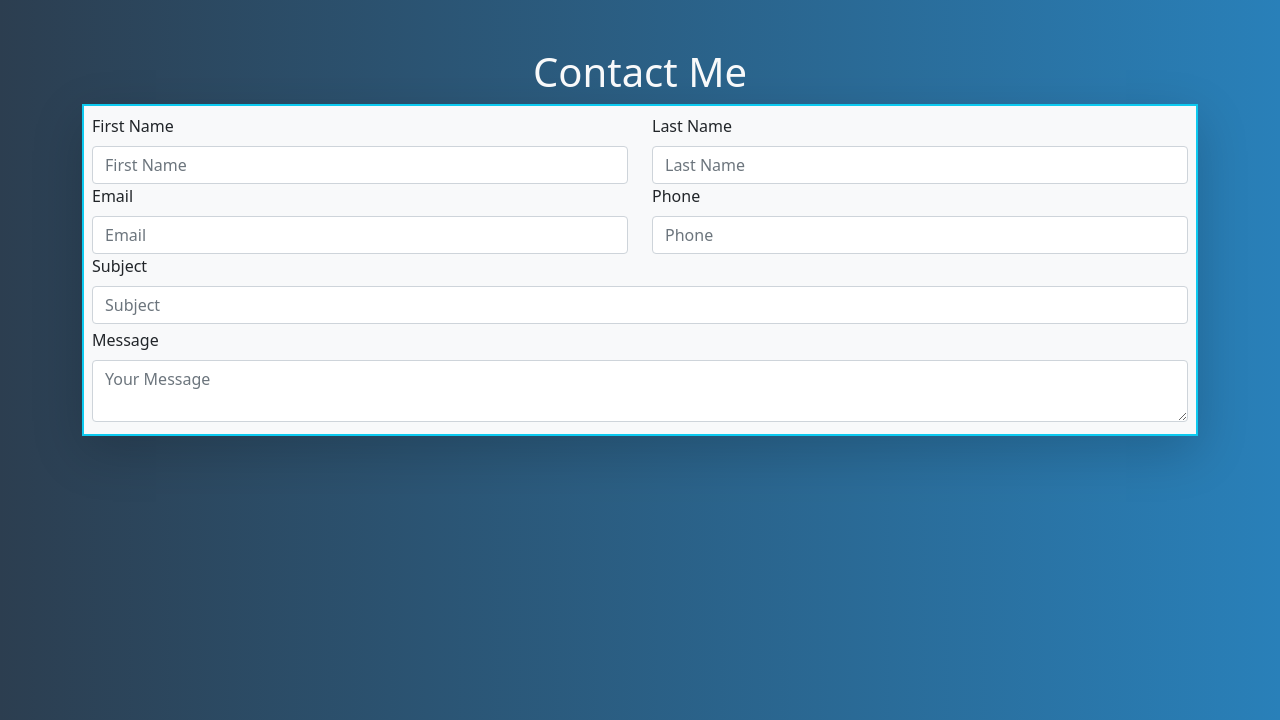
Repository: norman0286/formContactMe
Page: contactForm.html
An editor plug-in stored every save of this project. The page is shown before and after the next save, followed by the edit.
The browser window is 1280 px wide. The pictures show the whole page.

Above is the page before, as saved 2023-04-20 09:14:14.

After the next save:
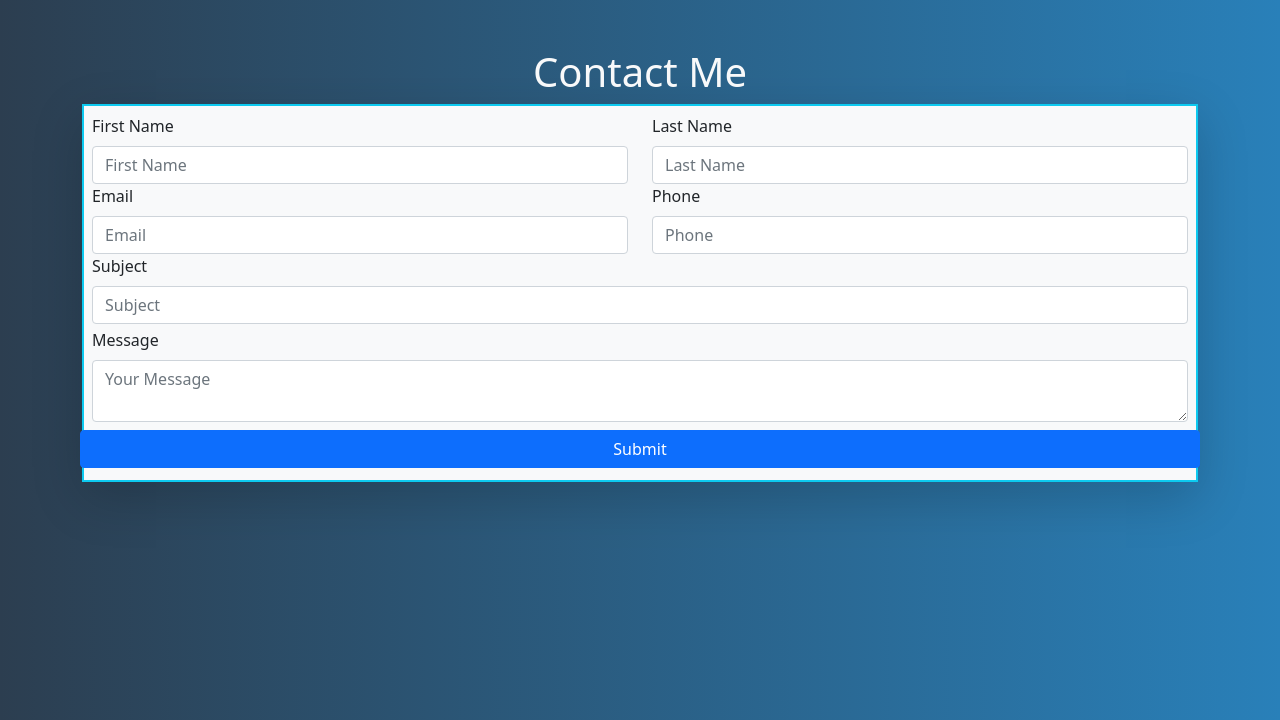
Saved 111 s later.
--- a/contactForm.html
+++ b/contactForm.html
@@ -96,6 +96,7 @@
                 required
               ></textarea>
             </div>
+            <button type="submit" class="btn btn-primary mt-2">Submit</button>
           </div>
         </form>
       </div>
